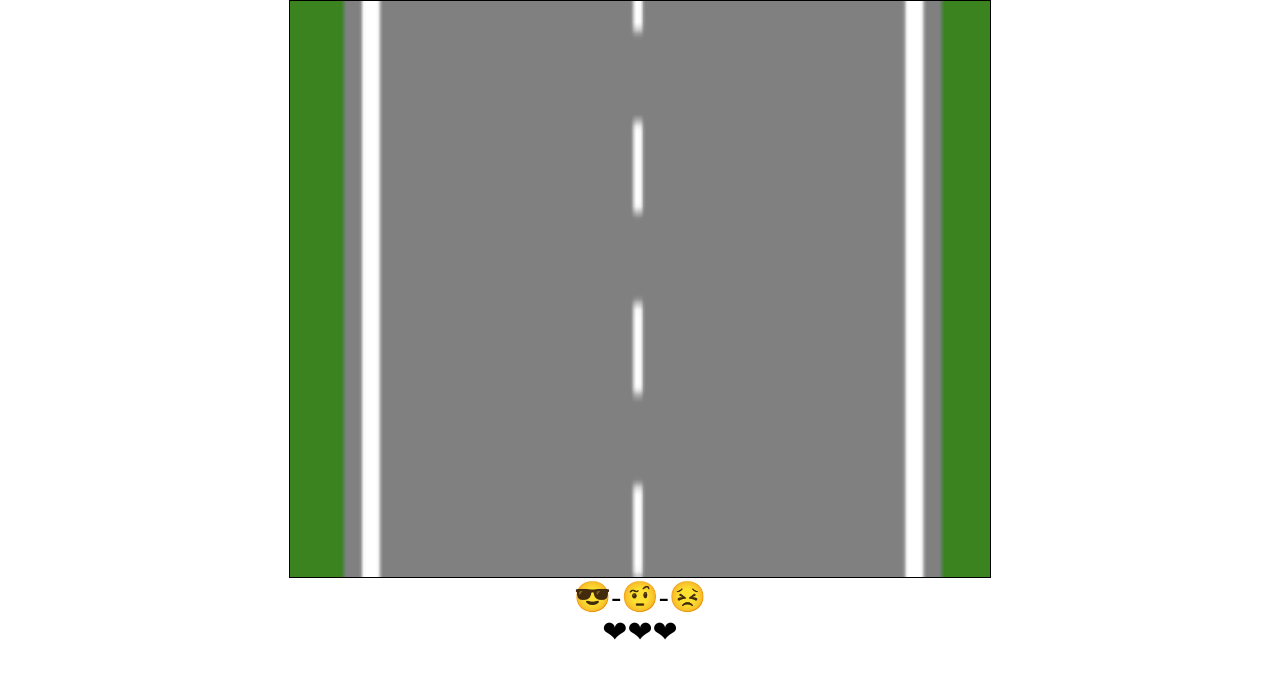
Repository: ChristianGecchelin/ironCarGame
Page: canvas.html
An editor plug-in stored every save of this project. The page is shown before and after the next save, followed by the edit.
The browser window is 1280 px wide. The pictures show the whole page.

Above is the page before, as saved 2022-06-14 11:17:47.

After the next save:
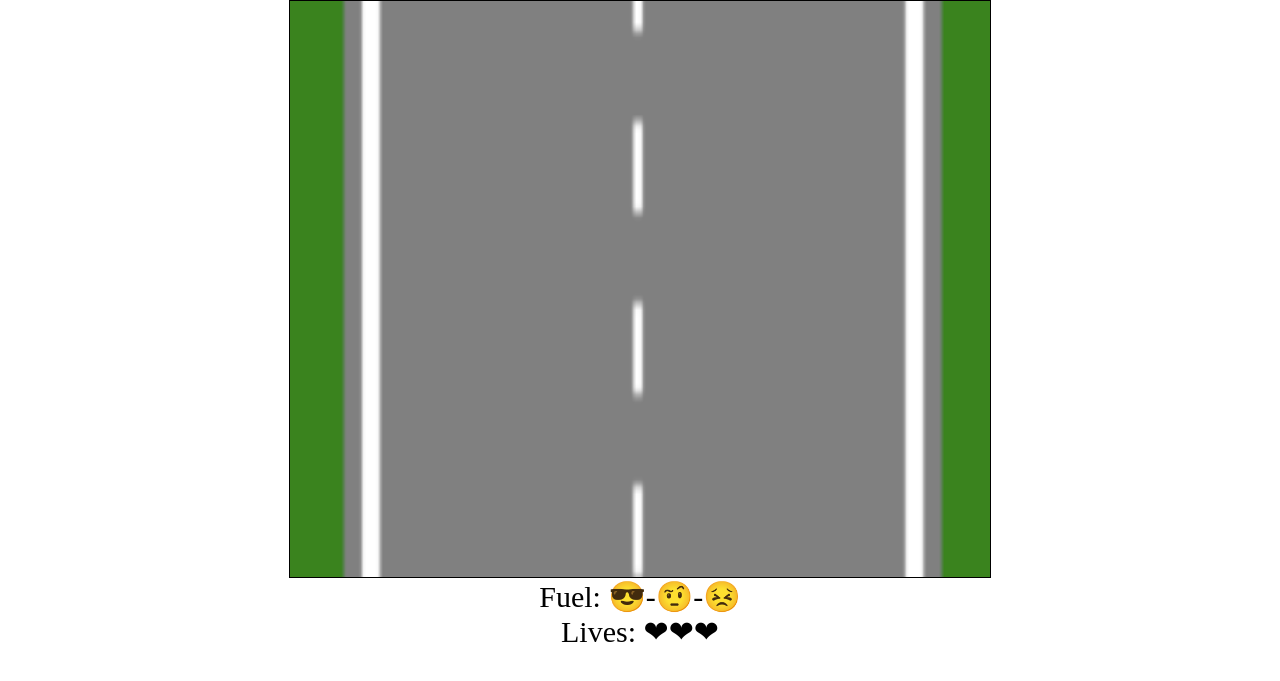
Saved 20 s later.
--- a/src/info.js
+++ b/src/info.js
@@ -5,5 +5,5 @@
 let lives = document.createElement("p");
 lives.setAttribute("class", "information");
 info.appendChild(lives);
-fuel.innerText = "😎-🤨-😣";
-lives.innerText = "❤❤❤";
+fuel.innerText = "Fuel: 😎-🤨-😣";
+lives.innerText = "Lives: ❤❤❤";
